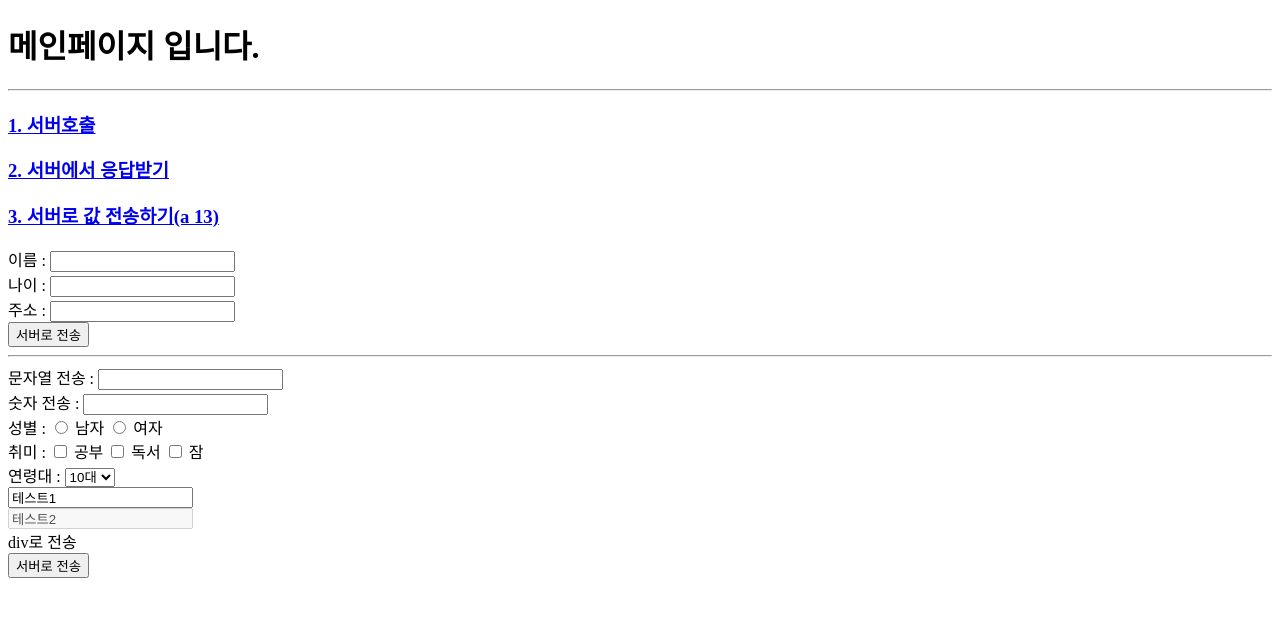
Repository: ParkHyeonju12/servlet
Page: web-workspace/02_noDbProject/src/main/webapp/index.html
An editor plug-in stored every save of this project. The page is shown before and after the next save, followed by the edit.
The browser window is 1280 px wide. The pictures show the whole page.

Above is the page before, as saved 2022-08-29 07:54:40.

### web-workspace/02_noDbProject/src/main/webapp/index.html
<!DOCTYPE html>
<html>
<head>
<meta charset="UTF-8">
<title>Insert title here</title>
</head>
<body>
	<h1>메인페이지 입니다.</h1>
	<hr>
	<h3><a href="/requestServer.do">1. 서버호출</a></h3>
	<h3><a href="/responseTest.do">2. 서버에서 응답받기</a></h3>
	<h3><a href="sendData1.do?name=현주&test=abc">3. 서버로 값 전송하기(a 13)</a></h3>
	<form action="/sendData2.do" method="post">
		이름 : <input type="text" name="name"><br>
		나이 : <input type="text" name="age"><br>
		주소 : <input type="text" name="addr"><br>
		<input type="submit" value = "서버로 전송">
	</form>
	<hr>
	<form action="/sendData3.do" method="posts">
		문자열 전송 : <input type="text" name="str"><br>
		숫자 전송 : <input type="text" name="num"><br>
		성별 :
			<input type="radio" name="gender" value="남" id="m">
			<label for="m">남자</label>
			<input type="radio" name="gender" value="여" id="f">
			<label for="f">여자</label>
			<br>
			취미 :
			<input type="checkbox" name="hobby" value="공부" id="study">
			<label for="study">공부</label>
			<input type="checkbox" name="hobby" value="독서" id="book">
			<label for="book">독서</label>
			<input type="checkbox" name="hobby" value="잠" id="sleep">
			<label for="sleep">잠</label>
			<br>
			연령대 :
			<select name="age">
			<option value="10">10대</option>
			<option value="20">20대</option>
			<option value="30">30대</option>
			<option value="40">40대</option>
			</select>
			<br>
			<input type="hidden" name="hiddenData" value="히든데이터">
			<input type="text" name="input1" value="테스트1" readonly><br>
			<input type="text" name="input2" value="테스트2" disabled><br>
			<div name="test3" value="테스트3">div로 전송</div>
			<input type="submit" value="서버로 전송">
	</form>
</body>
</html>

After the next save:
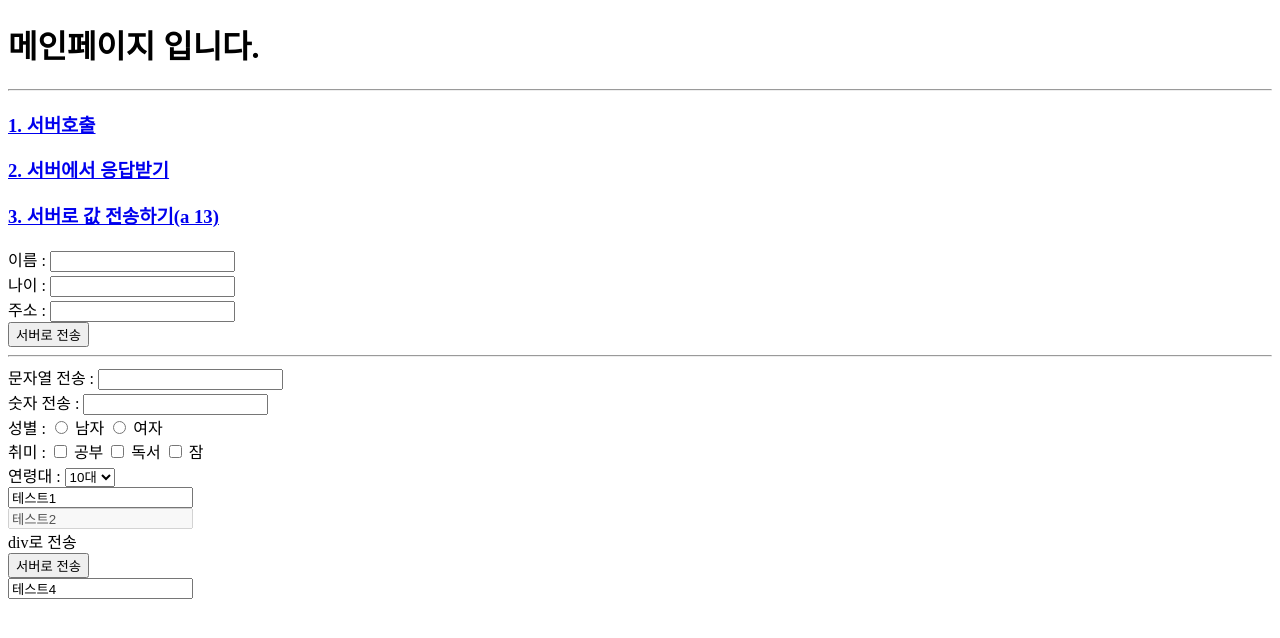
Saved 29 s later.
--- a/web-workspace/02_noDbProject/src/main/webapp/index.html
+++ b/web-workspace/02_noDbProject/src/main/webapp/index.html
@@ -48,5 +48,6 @@
 			<div name="test3" value="테스트3">div로 전송</div>
 			<input type="submit" value="서버로 전송">
 	</form>
+	<input type="text" name="input3" value="테스트4">
 </body>
 </html>
